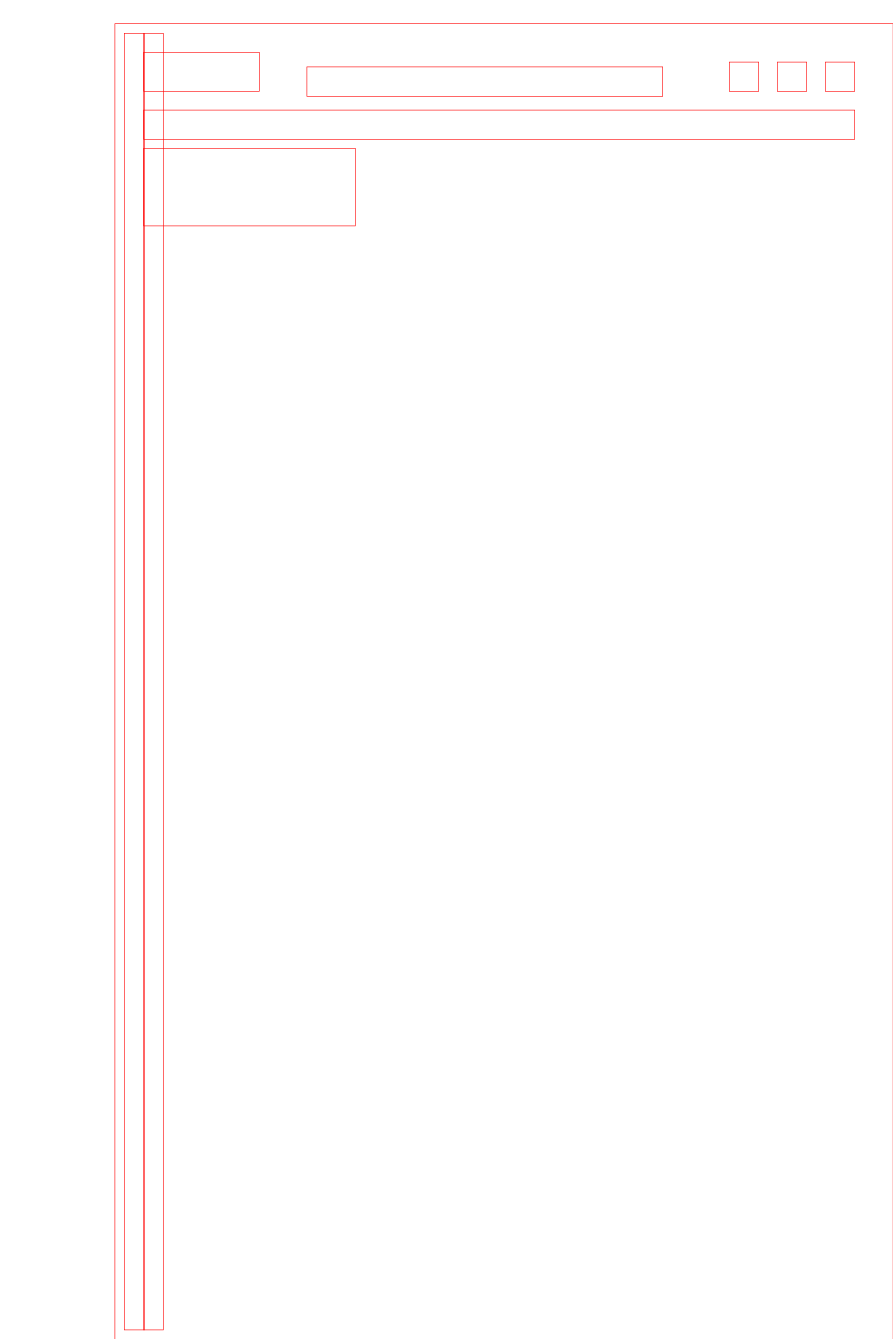
Repository: JacobSkilling-dot/Project1-Blog
Page: Week3-Blog.html
An editor plug-in stored every save of this project. The page is shown before and after the next save, followed by the edit.
The browser window is 1280 px wide. The page is 1488 px wide, so the pictures cover 1488 px, including what lies to the right of the window. The pictures show the whole page, at 60% of full size.

Above is the page before, as saved 2023-01-16 20:43:37.

### Week3-Blog.html
<!DOCTYPE html>
<html lang="en">
<head>
    <meta charset="UTF-8">
    <meta http-equiv="X-UA-Compatible" content="IE=edge">
    <meta name="viewport" content="width=device-width, initial-scale=1.0">
    <title>Website Template</title>
    <link rel="stylesheet" href="style.css">
</head>
<body>
    <div class="main-content">
    <div class="logo"></div>
        <div class="search-bar"></div>
        <div class="social1"></div>
        <div class="social2"></div>
        <div class="social3"></div>
        <div class="pages"></div>
        <div class="large-img1"></div>
        <div class="large-img2"></div>
        <div class="large-img3"></div>
        <style>

            .main-content{
                width: 79rem;
                height: 300vh;
                margin-top: 0rem;
                position: absolute;
                left: 12rem;
                display: flex;


            }

            .logo{
                width: 10rem;
                height: 2rem;
                margin-top: 2rem;
                position: absolute;
                margin-left: 2rem ;
            }

            .search-bar{
                top: 2.5rem;
                height: 1rem;
                margin: 2rem;
                width: 35rem;
                position: absolute;
                left: 18rem;
            }

            .social1{
                right: 2rem;
                top: 2rem;
                height: 1rem;
                margin: 2rem;
                width: 1rem;
                position: absolute;

            }

            .social2{
                right: 7rem;
                top: 2rem;
                height: 1rem;
                margin: 2rem;
                width: 1rem;
                position: absolute;

            }

            .social3{
                right: 12rem;
                top: 2rem;
                height: 1rem;
                margin: 2rem;
                width: 1rem;
                position: absolute;
            }

            .pages{
                top: 7rem;
                height: 1rem;
                margin: 2rem;
                margin-left: 2;
                width: 72rem;
                position: absolute;

            }

            .large-img1{
                top: 11rem;
                height: 6rem;
                margin: 2rem;
                margin-left: 2;
                width: 20rem;
                position: absolute;

            }

            .large-img2{

            }

            .large-img1{

            }


        </style>
    </div>

</body>
</html>

### style.css
* {
    outline: 1px solid rgb(255, 0, 0);
    padding: 1rem;
    min-height: 1rem;
}

html, body, grammarly-desktop-integration {
    outline: none;
}

After the next save:
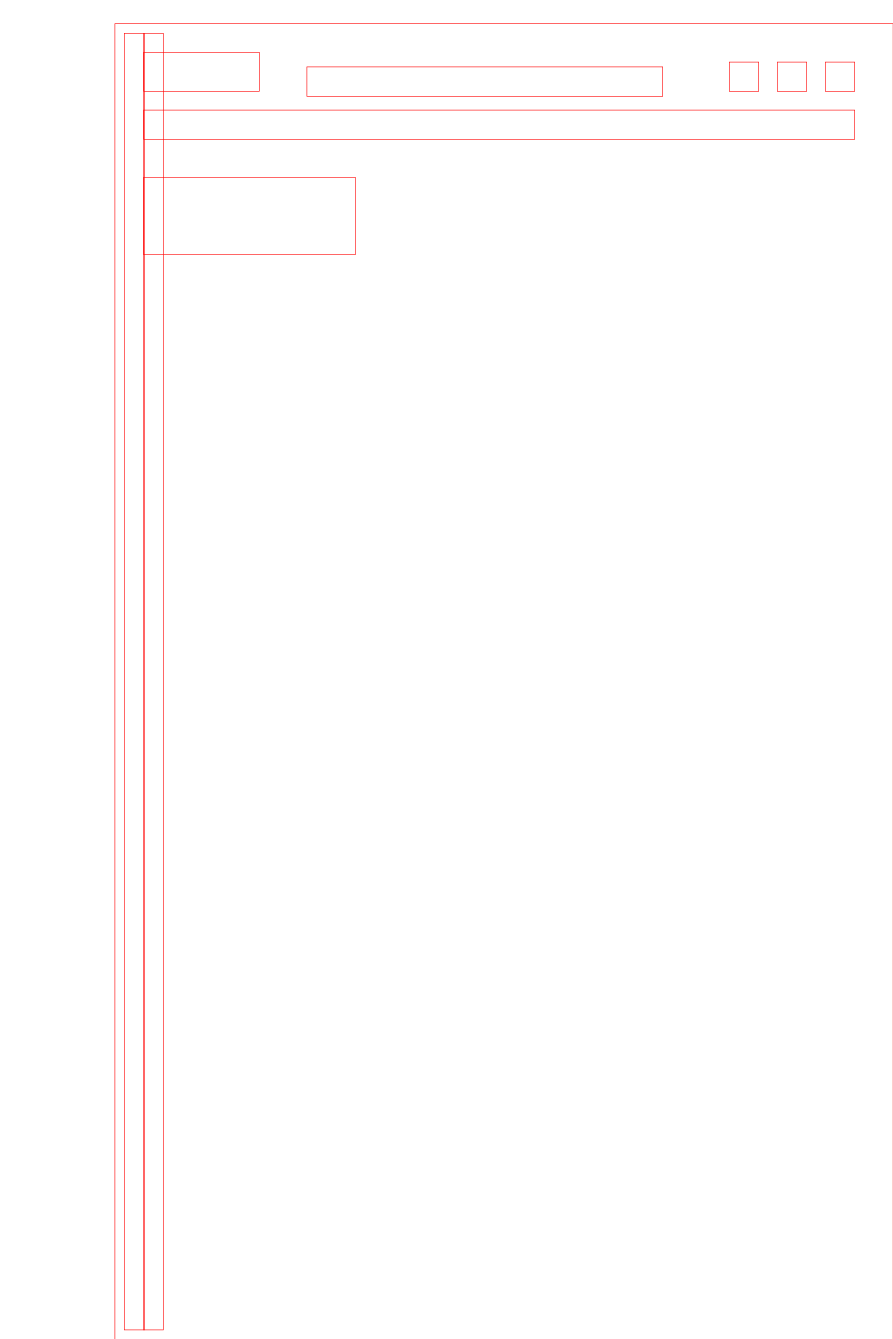
Saved 13 s later.
--- a/Week3-Blog.html
+++ b/Week3-Blog.html
@@ -88,7 +88,7 @@
             }
 
             .large-img1{
-                top: 11rem;
+                top: 14rem;
                 height: 6rem;
                 margin: 2rem;
                 margin-left: 2;
